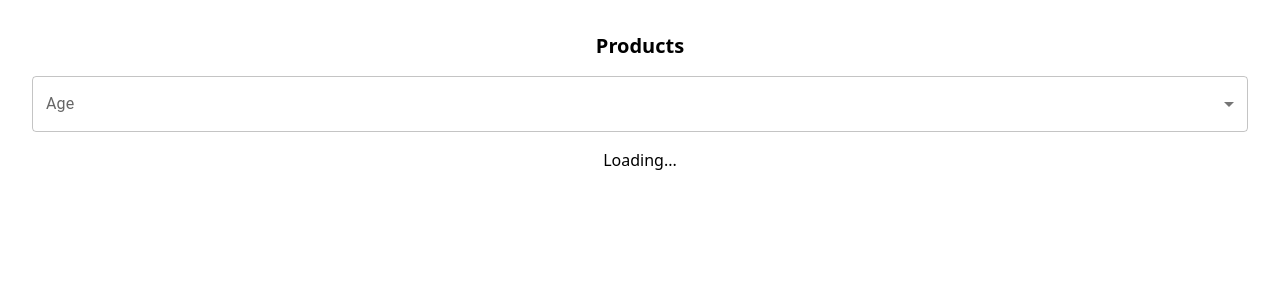
Repository: Hardyy00/2115000424
Page: / (app in question2/)
These files come from the project's save history. The page is drawn as it stood at one moment and after the next save; the edit follows.
The browser window is 1280 px wide. The pictures show the whole page.
The page's requests for data from a server got no answer. The project was rebuilt for these pictures with package versions that can differ from the ones it lists, and the page was loaded fresh each time. No one was signed in, and anything a server would have sent is missing. Also part of the build but not shown: question2/vite.config.ts.

Above is the page before, as saved 2024-07-12 16:38:07.

After the next save:
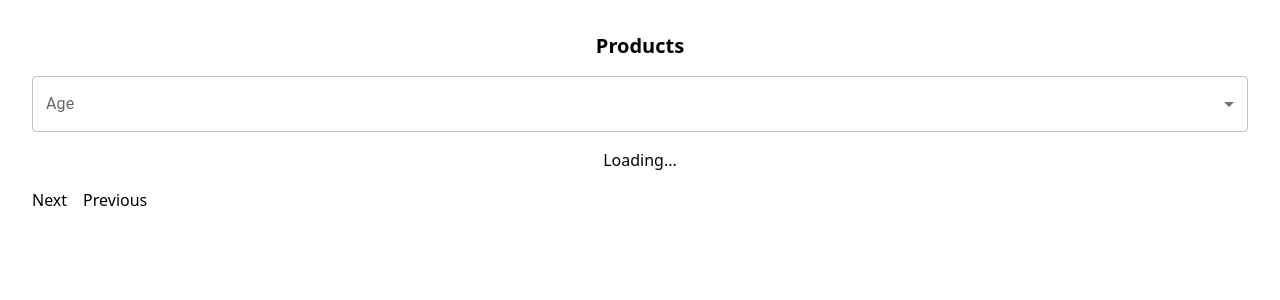
Saved 92 s later.
--- a/question2/src/App.tsx
+++ b/question2/src/App.tsx
@@ -79,6 +79,15 @@ function App() {
           <p>Loading...</p>
         )}
       </section>
+
+      <section>
+        <div className="flex items-center gap-x-4">
+          <button onClick={() => setCurrentPage((pre) => pre - 1)}>Next</button>
+          <button onClick={() => setCurrentPage((pre) => pre + 1)}>
+            Previous
+          </button>
+        </div>
+      </section>
     </main>
   );
 }
